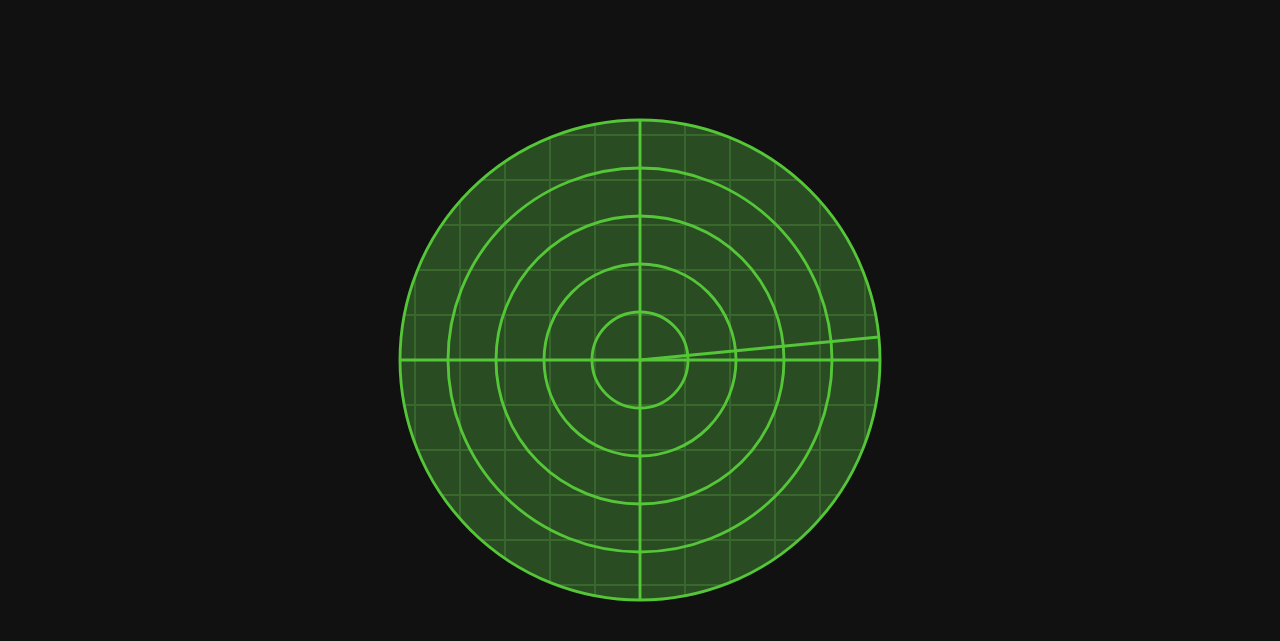
Repository: pedro-mancano/ProjetoCDM204
Page: scripts/radar.html
An editor plug-in stored every save of this project. The page is shown before and after the next save, followed by the edit.
The browser window is 1280 px wide. The pictures show the whole page.

Above is the page before, as saved 2024-11-27 09:14:55.
Console error: ReferenceError: centerX is not defined

After the next save:
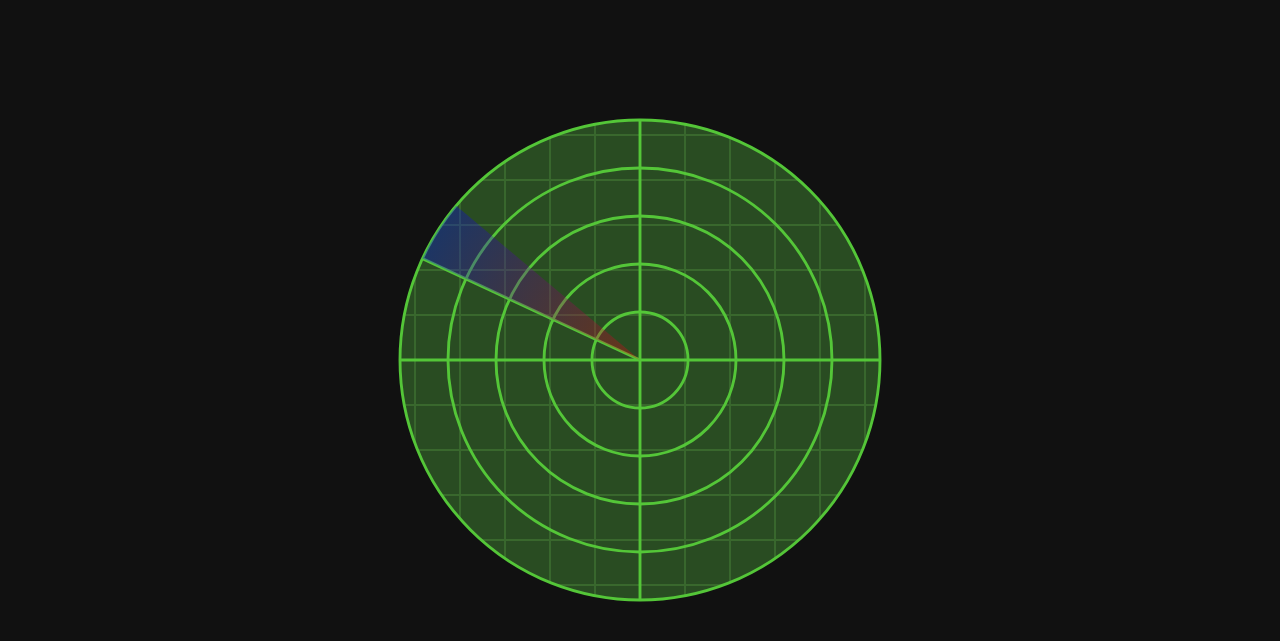
The error is gone.
Saved 14 s later.
--- a/scripts/radar.js
+++ b/scripts/radar.js
@@ -79,7 +79,7 @@ function draw(elapsed) {
   ctx.stroke();
 
   // Draw the radar arc sweep (15 deg) low opacity
-  const gradient = ctx.createRadialGradient(centerX, centerY, 0, centerX, centerY, radius);
+  const gradient = ctx.createRadialGradient(R, R, 0, R, R, r);
   gradient.addColorStop(0, 'red'); // Start with red
   gradient.addColorStop(1, 'blue'); // End with blue
 
